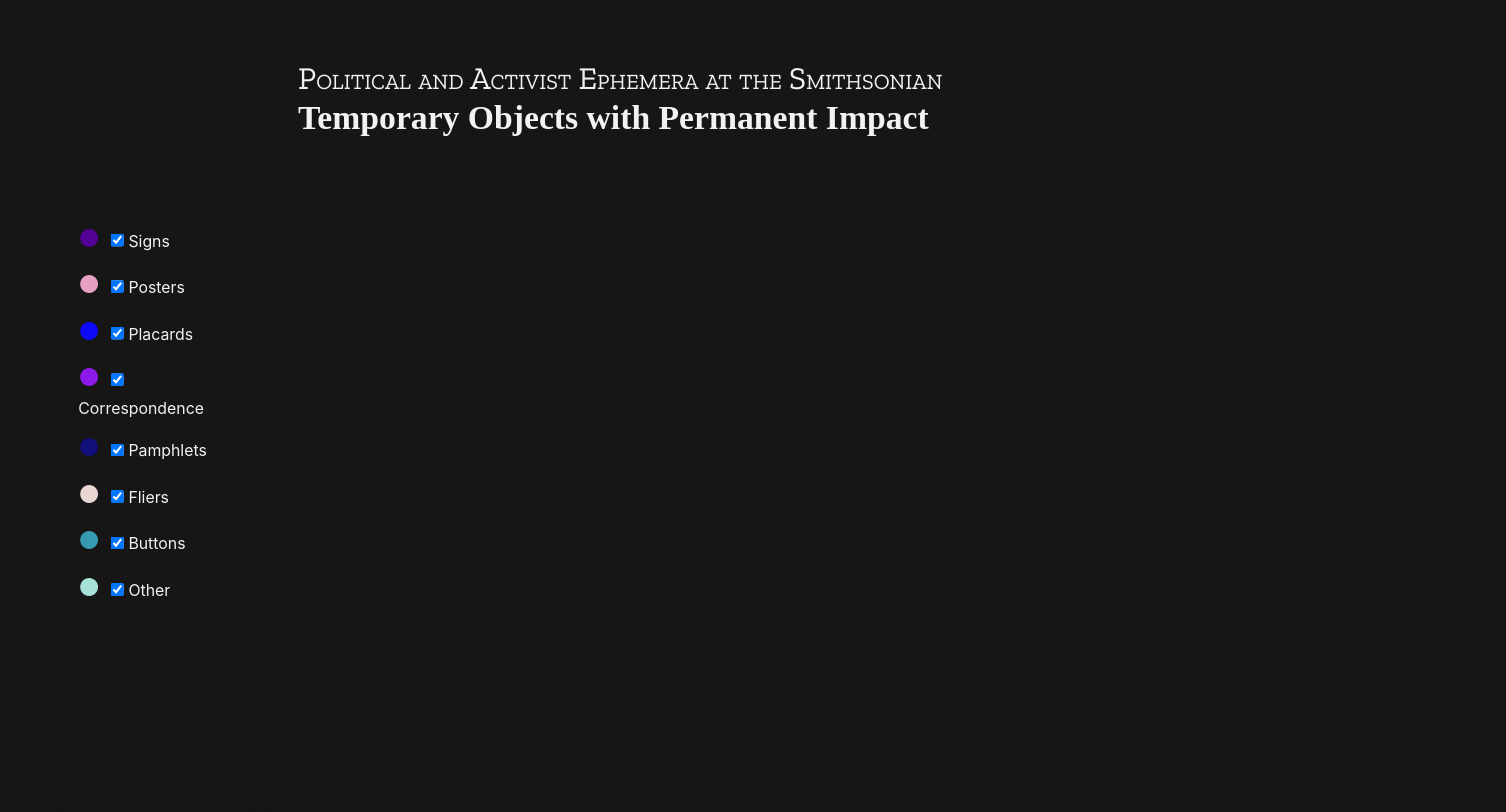
Repository: m0llyc00k/Major-studio-1
Page: Final/index-2.html
The author's editor kept a record of every edit. The page is drawn from the files as they stood at one moment, then again after the next edit.
The browser window is 1280 px wide. The page is 1521 px wide, so the pictures cover 1521 px, including what lies to the right of the window. The pictures show the whole page, at 99% of full size.
The page's requests for data from a server got no answer. Some web fonts or font styles are not loaded; a fallback is used.

Above is the page before.

After the next edit:
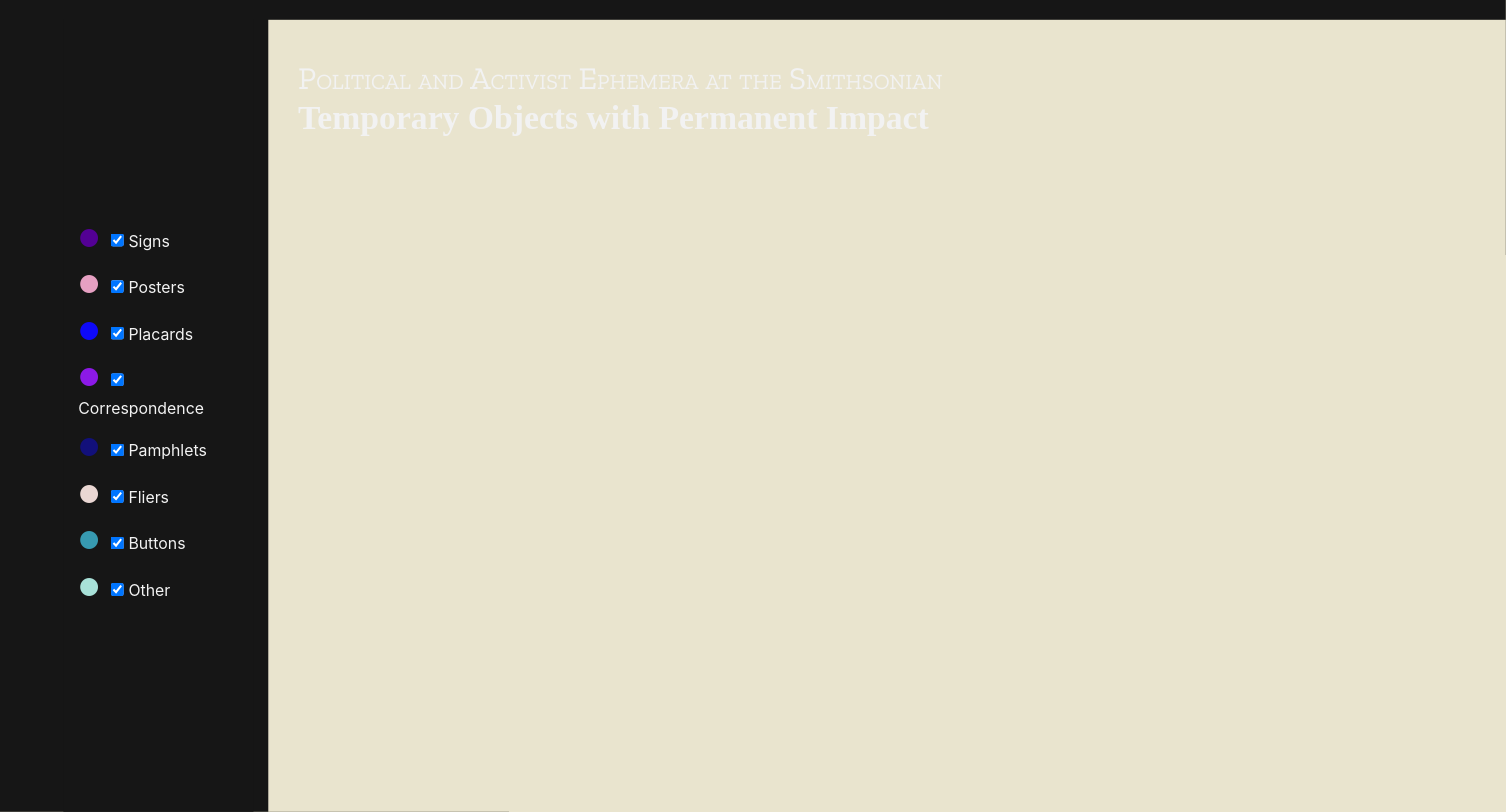
The edit:
--- a/Final/index-2.html
+++ b/Final/index-2.html
@@ -53,7 +53,7 @@
 
 
         svg {
-            background-color: #161616;
+            background-color: #e9e4ce;
         }
         svganchor {
             padding: 100px;
